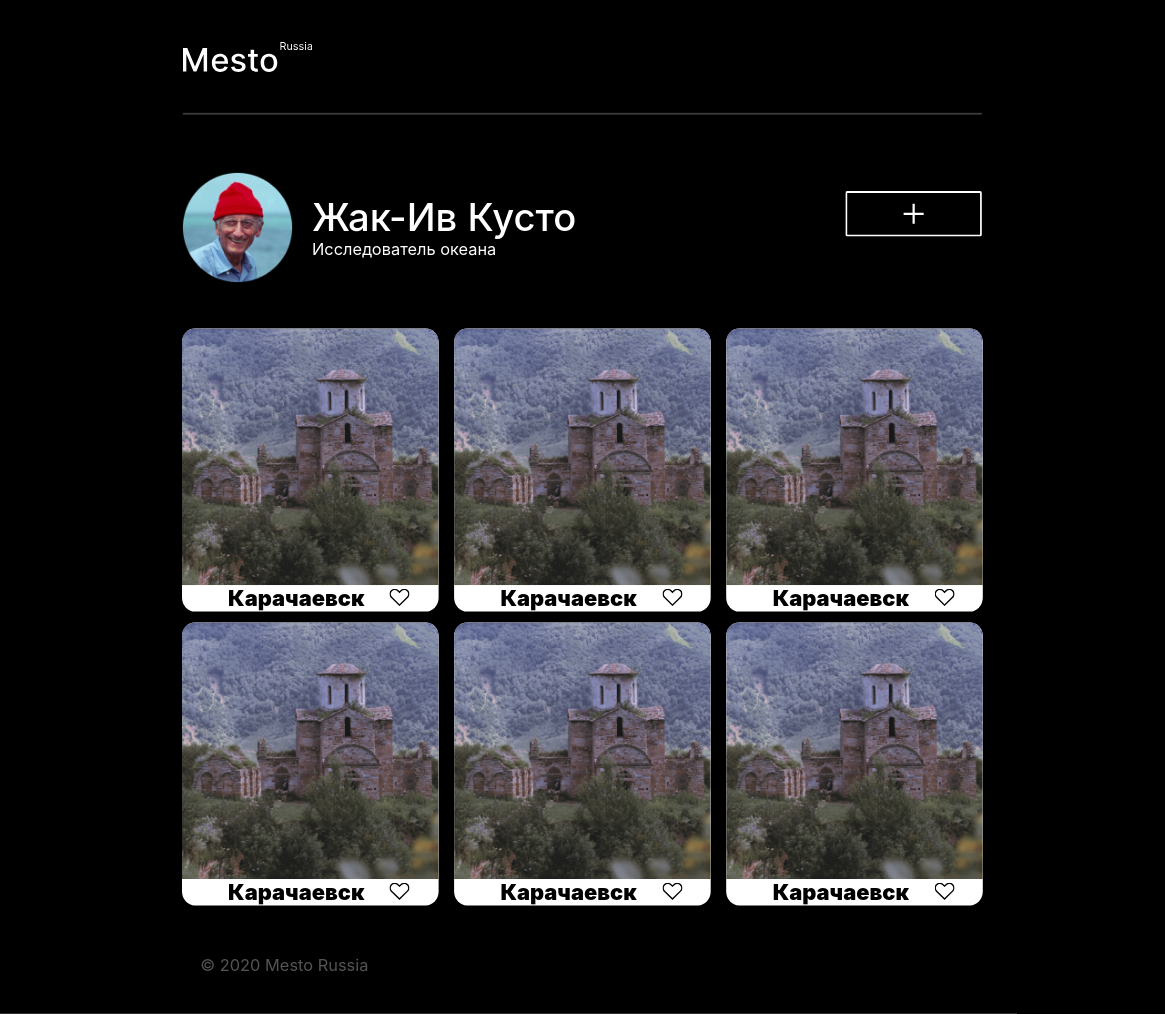
Repository: Ivan2399/mesto-project
Page: index.html
The author's editor kept a copy of each file at every save. The page is drawn from the files as they stood at one save, then again after the next save.
The browser window is 1280 px wide. The pictures show the whole page, at 91% of full size.

Above is the page before, as saved 2021-11-16 18:57:45.

### index.html
<!DOCTYPE html>
<html lang="ru">

<head>
    <meta charset="UTF-8">
    <meta http-equiv="X-UA-Compatible" content="IE=edge">
    <meta name="viewport" content="width=device-width, initial-scale=1.0">
    <link rel="stylesheet" href="./pages/index.css" />
    <title>Mesto</title>
</head>

<body class="root">
    <div class="page">
        <header class="header">
            <div class="header__container">
                <img class="header__logo" src="images/logo/Vector.svg" alt="Логотип">
                <div class="header__line"></div>
            </div>
        </header>
        <main class="content">
            <section class="profile profile_mobile">
                <div class="profile__container profile__container_mobile ">
                    <img class="profile__avatar" src="images/avatar/Avatar.png" alt="Аватарка">
                    <h2 class="profile__nickname profile__nickname_mobile">Жак-Ив Кусто
                        <p class="profile__hobbyname">Исследователь океана</p>
                    </h2>
                </div>
                <div class="profile__buttons">
                    <button class="profile__buttons_type_add"></button>
                </div>
            </section>
            <section class="table">
                <div class="table__container table__container_mobile">
                    <div class="table__card">
                        <img class="table__image" src="images/table/Karachaevsk.png" alt="Крепость">
                        <h2 class="table__title">Карачаевск <img class="table__button table__button_active"
                                src="images/buttons/Vector.svg" alt="Лайк"></h2>
                    </div>
                    <div class="table__card">
                        <img class="table__image" src="images/table/Karachaevsk.png" alt="Крепость">
                        <h2 class="table__title">Карачаевск <img class="table__button table__button_active"
                                src="images/buttons/Vector.svg" alt="Лайк"></h2>
                    </div>
                    <div class="table__card">
                        <img class="table__image" src="images/table/Karachaevsk.png" alt="Крепость">
                        <h2 class="table__title">Карачаевск <img class="table__button table__button_active"
                                src="images/buttons/Vector.svg" alt="Лайк"></h2>
                    </div>
                    <div class="table__card">
                        <img class="table__image" src="images/table/Karachaevsk.png" alt="Крепость">
                        <h2 class="table__title">Карачаевск <img class="table__button table__button_active"
                                src="images/buttons/Vector.svg" alt="Лайк"></h2>
                    </div>
                    <div class="table__card">
                        <img class="table__image" src="images/table/Karachaevsk.png" alt="Крепость">
                        <h2 class="table__title">Карачаевск <img class="table__button table__button_active"
                                src="images/buttons/Vector.svg" alt="Лайк"></h2>
                    </div>
                    <div class="table__card">
                        <img class="table__image" src="images/table/Karachaevsk.png" alt="Крепость">
                        <h2 class="table__title">Карачаевск <img class="table__button table__button_active"
                                src="images/buttons/Vector.svg" alt="Лайк"></h2>
                    </div>
                </div>
            </section>
            <section class="footer">
                <h2 class="footer__logo">© 2020 Mesto Russia</h2>
            </section>
        </main>
    </div>
</body>

</html>

### pages/index.css
@import url(../blocks/root/root.css);
@import url(../blocks/page/page.css);
@import url(../blocks/content/content.css);

/* header */

@import url(../blocks/header/header.css);
@import url(../blocks/header/__container/header__container.css);
@import url(../blocks/header/__logo/header__logo.css);
@import url(../blocks/header/__line/header__line.css);

/* profile */

@import url(../blocks/profile/profile.css);
@import url(../blocks/profile/__avatar/profile__avatar.css);
@import url(../blocks/profile/__container/profile__container.css);
@import url(../blocks/profile/__buttons/profile__buttons.css);
@import url(../blocks/profile/__buttons/_type/profile__buttons_type_add.css);
@import url(../blocks/profile/__buttons/_type/profile__buttons_type_editig.css);
@import url(../blocks/profile/__hobbyname/profile__hobbyname.css);
@import url(../blocks/profile/__nickname/profile__nickname.css);
@import url(../blocks/profile/__container/_mobile/profile__container_mobile.css);
@import url(../blocks/profile/__nickname/_mobile/profile__nickname_mobile.css);
@import url(../blocks/profile/_mobile/profile_mobile.css);

/* table */

@import url(../blocks/table/table.css);
@import url(../blocks/table/__button/table__button.css);
@import url(../blocks/table/__card/table__card.css);
@import url(../blocks/table/__container/table__container.css);
@import url(../blocks/table/__image/table__image.css);
@import url(../blocks/table/__title/table__title.css);
@import url(../blocks/table/__container/_mobile/table__container_mobile.css);
@import url(../blocks/table/__button/_active/table__button_active.css);

/* footer */

@import url(../blocks/footer/footer.css);
@import url(../blocks/footer/__logo/footer__logo.css);

### images/buttons/Vector.svg
<svg width="22" height="19" viewBox="0 0 22 19" fill="none" xmlns="http://www.w3.org/2000/svg">
<path d="M20.2991 9.78586C22.567 7.54338 22.567 3.90213 20.2991 1.68186C18.0311 -0.560619 14.3486 -0.560619 12.0806 1.68186L10.9804 2.792L9.88007 1.70406C7.61215 -0.560619 3.92957 -0.560619 1.6841 1.68186C0.583822 2.76979 0 4.21297 0 5.74496C0 7.27695 0.606277 8.72013 1.6841 9.80806L10.9804 19L20.2991 9.78586ZM1.4371 5.74496C1.4371 4.59042 1.8862 3.52469 2.71702 2.72539C3.5703 1.88168 4.67058 1.45983 5.77086 1.45983C6.87114 1.45983 7.97142 1.88168 8.8247 2.72539L10.9804 4.83465L13.136 2.70318C14.8201 1.03798 17.582 1.03798 19.2437 2.70318C20.0521 3.50248 20.5236 4.56821 20.5236 5.72276C20.5236 6.8773 20.0745 7.94303 19.2437 8.74233L10.9804 16.9351L2.71702 8.76453C1.90865 7.94303 1.4371 6.8773 1.4371 5.74496Z" fill="black"/>
</svg>

### blocks/root/root.css
.root{
    margin: 0;
    padding: 0;
    font-family: "Inter";
    color: #FFFFFF;
}
h1,h2,h3,h4,h5,h6,p{
    margin: 0;
    padding: 0;
    font-family: "Inter";
    color: #FFFFFF;
}

### blocks/page/page.css
.page {
  background-color: #000000;
  max-width: 1280px;
  margin: auto;
}

### blocks/header/header.css
.header{
    display: grid;
}

### blocks/header/__container/header__container.css
.header__container {
  margin: 0 15.7% 0 15.7%;
  max-width: 880px;
  width: 68.6%;
}

### blocks/header/__logo/header__logo.css
.header__logo{
    margin: 5.2% 0 4.7% 0;
}
@media screen and (min-width:300px) and (max-width:600px){
    .header__logo{
        width:103.74px;
        height:24.24px;
    }
}

### blocks/header/__line/header__line.css
.header__line{
    border: 1px solid #545454;
    opacity: 0.7;
}

### blocks/profile/profile.css
.profile {
  display: grid;
  margin: 5% 15.7% 0 15.7%;
  max-width: 880px;
  width: 68.6%;

}

### blocks/profile/__avatar/profile__avatar.css
.profile__avatar{

}

### blocks/profile/__container/profile__container.css
.profile__container {
  display: flex;
  align-items: center;
  flex-direction: row;
}

### blocks/profile/__buttons/profile__buttons.css
.profile__buttons{
    display: flex;
    justify-content: flex-end;
    align-items: center;
}

### blocks/profile/__buttons/_type/profile__buttons_type_add.css
.profile__buttons_type_add {
  width: 150px;
  height: 50px;
  background-image: url(../../../../images/buttons/Add\ Button.svg);
  background-color: black;
  border: none;
  background-size: cover;
  background-repeat: no-repeat;

  margin-bottom: 6.7%;
}
.profile__buttons_type_add:hover {
  opacity: 0.6;
  border: 2px solid #ffffff;
  box-sizing: border-box;
  border-radius: 2px;
}

### blocks/profile/__buttons/_type/profile__buttons_type_editig.css
.profile__buttons_type_editig {
  width: 24px;
  height: 24px;
  background-image: url(../../../../images/buttons/Edit\ Button.svg);
  background-color: black;
  border: none;
  background-size: cover;
  background-repeat: no-repeat;
  margin-bottom: 6.7%;
  grid-column: 2;
  grid-row: 1;
}
.profile__buttons_type_editig:hover {
  border: 1px solid #ffffff;
  box-sizing: border-box;
}

### blocks/profile/__hobbyname/profile__hobbyname.css
.profile__hobbyname {
  font-style: normal;
  font-weight: normal;
  font-size: 18px;
  line-height: 22px;
  grid-column: 2;
}

### blocks/profile/__nickname/profile__nickname.css
.profile__nickname {
  font-style: normal;
  font-weight: 500;
  font-size: 42px;
  line-height: 48px;
  margin-left: 5%;
}

### blocks/profile/__container/_mobile/profile__container_mobile.css
.profile__container_mobile {
  display: flex;
  align-items: center;
  flex-direction: row;
}
@media screen and (min-width: 200px) and (max-width: 700px) {
  .profile__container_mobile {
    display: flex;
    flex-wrap: wrap;
    justify-content: center;
    justify-items: center;
  }
}

### blocks/profile/__nickname/_mobile/profile__nickname_mobile.css
@media screen and (min-width: 200px) and (max-width: 700px) {
  .profile__nickname_mobile {
    font-size: 27px;
    line-height: 33px;
    text-align: center;
    margin: 0;
  }
}

### blocks/profile/_mobile/profile_mobile.css
.profile_mobile{
    grid-template-columns: repeat(auto-fit,minmax(200px,1fr));
}

### blocks/table/table.css
.table{
    max-width:880px;
    margin:4% auto 0;
}

### blocks/table/__button/table__button.css
.table__button {
  width: 22px;
  height: 19px;
  /* background-image: url(../../../images/buttons/Vector.svg);
  border: none;
  background-color: white;
  background-size: cover;
  background-repeat: no-repeat; */
  align-self: flex-end;
  margin-left: 10%;
}
.table__button:hover {
  color: #000000;
  opacity: 0.5;
}

### blocks/table/__card/table__card.css
.table__card{
    max-width: 282px;
    background-color: white;

    border-radius: 5%;

    display: flex;
    flex-direction: column;
}

### blocks/table/__container/table__container.css
.table__container{
    display: grid;
    grid-template-columns: repeat(3,1fr);
    gap:2%;
}

### blocks/table/__image/table__image.css
.table__image{
    max-width: 282px;
    max-height: 282px;
    border-radius: 5% 5% 0 0 ;
}

### blocks/table/__title/table__title.css
.table__title {
  max-width: 246px;
  font-style: normal;
  font-weight: 900;
  font-size: 24px;
  line-height: 29px;

  margin-left: 18%;
  color: #000000;
}

### blocks/table/__container/_mobile/table__container_mobile.css
.table__container_mobile{
    grid-template-columns: repeat(auto-fit, minmax(280px, 1fr));
}

### blocks/table/__button/_active/table__button_active.css
.table__button_active:active{
    background-image: url(../../../../images/buttons/Union.png);
    color: black;
}

### blocks/footer/footer.css
.footer{
    max-width: 840px;
    margin: auto;
}

### blocks/footer/__logo/footer__logo.css
.footer__logo {
  font-style: normal;
  font-weight: normal;
  font-size: 18px;
  line-height: 22px;

  color: #545454;
  margin-top: 8%;
  padding-bottom: 5%;
}

Loaded but not shown: blocks/content/content.css (no stored copy; drawn as an empty file)

After the next save:
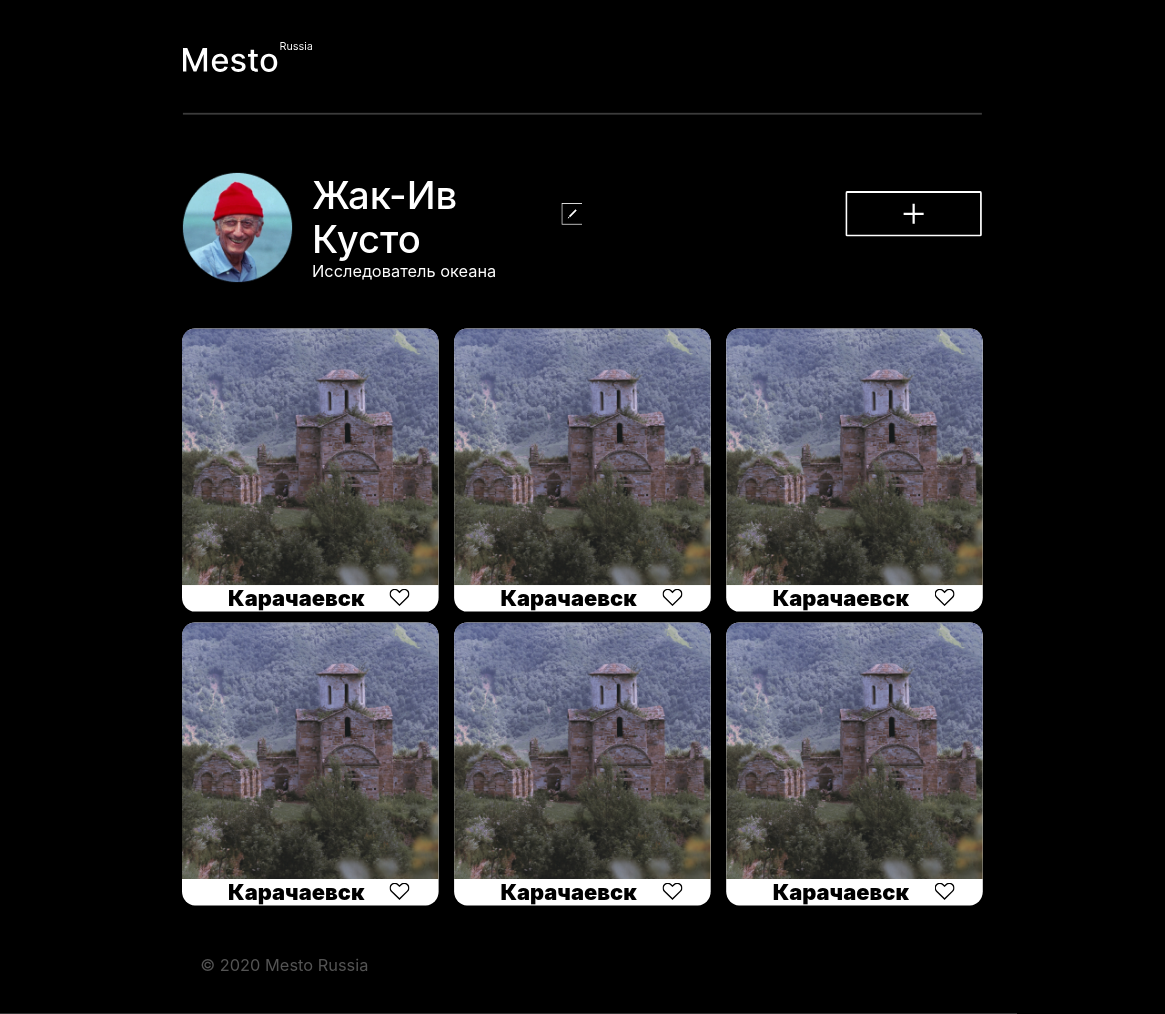
Saved 5 s later.
--- a/index.html
+++ b/index.html
@@ -24,6 +24,7 @@
                     <h2 class="profile__nickname profile__nickname_mobile">Жак-Ив Кусто
                         <p class="profile__hobbyname">Исследователь океана</p>
                     </h2>
+                    <button class="profile__buttons_type_editig"></button>
                 </div>
                 <div class="profile__buttons">
                     <button class="profile__buttons_type_add"></button>
